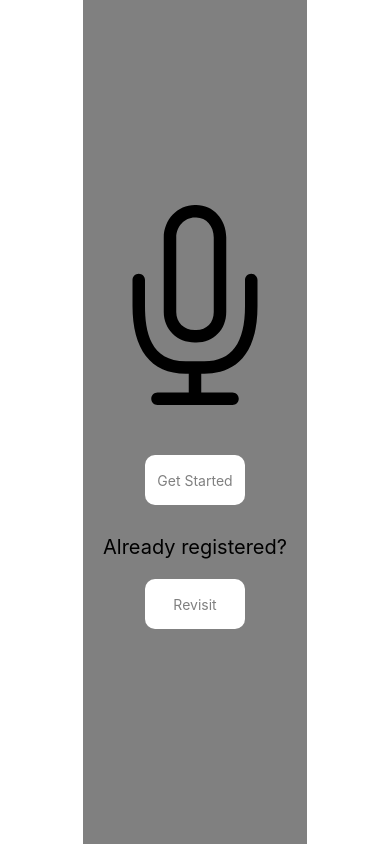
Repository: mortiestmorty1/recordings-app
Screen: / (app in frontend/)
An editor plug-in stored every save of this project. The screen is shown before and after the next save, followed by the edit.
The app was drawn by React Native's web renderer in a window 390 px wide. The project was rebuilt for these pictures with package versions that can differ from the ones it lists, and the page was loaded fresh each time. Also part of the build but not shown: frontend/components/registerUser.js.

Above is the screen before, as saved 2024-03-07 22:50:35.

### frontend/App.js
import { StatusBar } from 'expo-status-bar';
import { StyleSheet, View } from 'react-native';
import RegisterUser from './components/registerUser.js';
import React from 'react';
import FirstScreen from './components/firstscreen.js';

export default function App() {
  const handleRegistrationSuccess = (userData) => {
    console.log('User registered:', userData);
  };

  return (
    <View style={styles.container}>
      <FirstScreen />
      {/* <RegisterUser onSubmit={handleRegistrationSuccess} /> */}
      <StatusBar style="auto" />
    </View>
  );
}

const styles = StyleSheet.create({
  container: {
    flex: 1,
    backgroundColor: '#fff',
    alignItems: 'center',
    justifyContent: 'center',
  },
});

### frontend/components/firstscreen.js
import React from 'react';
import { View, Text, StyleSheet, TouchableOpacity } from 'react-native';
import { Svg, Path } from 'react-native-svg';

const FirstScreen = () => {
  return (
    <View style={styles.container}>
      <Svg style={styles.logo} fill="#000000" width="200" height="200" viewBox="0 0 1024 1024">
        <Path d="M510.88 704h7.6C607.44 704 672 638.4 672 548.032V166.624C672 73.184 604.56 0 518.466 0h-7.584C423.264 0 352 74.752 352 166.624v381.408C352 636.944 420.304 704 510.88 704zM416 166.624C416 110.032 458.56 64 510.88 64h7.6C569.504 64 608 108.128 608 166.624v381.408C608 603.024 572.032 640 518.464 640h-7.584c-55.872 0-94.88-37.808-94.88-91.968zM800 352c-17.68 0-32 14.336-32 32v133.072c0 190.4-67.968 282.929-207.744 282.929H465.12c-182.8 0-209.12-153.84-209.12-282.928V384.001c0-17.664-14.336-32-32-32s-32 14.336-32 32v133.072c0 220.496 91.888 346.928 273.12 346.928H480v96H320c-17.664 0-32 14.336-32 32s14.336 32 32 32h384c17.664 0 32-14.336 32-32s-14.336-32-32-32H544v-96h16.256C684.224 864.001 832 803.809 832 517.072V384c0-17.664-14.32-32-32-32z" />
      </Svg>
      <View style={styles.content}>
        <TouchableOpacity style={styles.btn1} onPress={() => console.log("Get Started pressed")}>
          <Text style={styles.btnText}>Get Started</Text>
        </TouchableOpacity>
        <Text style={styles.text}>Already registered?</Text>
        <TouchableOpacity style={styles.btn1} onPress={() => console.log("Revisit pressed")}>
          <Text style={styles.btnText}>Revisit</Text>
        </TouchableOpacity>
      </View>
    </View>
  );
};

const styles = StyleSheet.create({
  container: {
    flex: 1,
    justifyContent: 'center',
    alignItems: 'center',
    backgroundColor: 'grey',
  },
  logo: {
    width: 200,
    height: 200,
    marginBottom: 50, // Changed from bottom to marginBottom for better layout control
  },
  text: {
    fontSize: 20,
    margin: 20,
  },
  content: {
    justifyContent: 'center',
    alignItems: 'center',
    Top: 250, // Changed from top to marginTop for better layout control
  },
  btn1: {
    width: 100,
    height: 50,
    backgroundColor: 'white',
    borderRadius: 10,
    justifyContent: 'center',
    alignItems: 'center',
    marginBottom: 10, // Add space between buttons
  },
  btnText: {
    color: 'grey', // Style for the text inside TouchableOpacity
  },
});

export default FirstScreen;

After the next save:
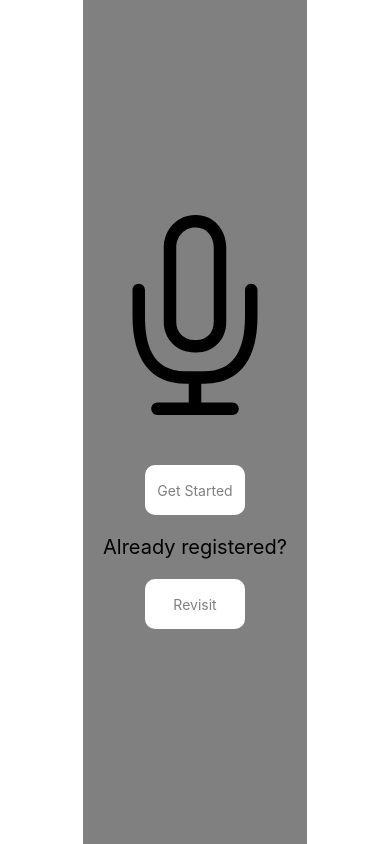
Saved 10 s later.
--- a/frontend/components/firstscreen.js
+++ b/frontend/components/firstscreen.js
@@ -49,7 +49,7 @@
     borderRadius: 10,
     justifyContent: 'center',
     alignItems: 'center',
-    marginBottom: 10, // Add space between buttons
+    Bottom: 10, // Add space between buttons
   },
   btnText: {
     color: 'grey', // Style for the text inside TouchableOpacity

After the save that followed:
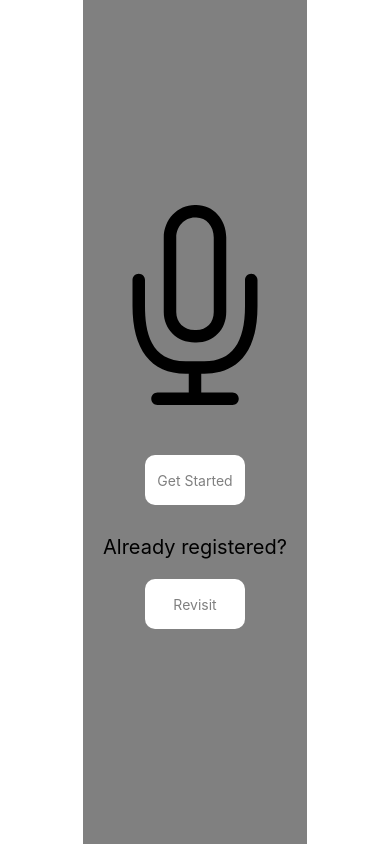
Saved 6 s later.
--- a/frontend/components/firstscreen.js
+++ b/frontend/components/firstscreen.js
@@ -49,7 +49,7 @@
     borderRadius: 10,
     justifyContent: 'center',
     alignItems: 'center',
-    Bottom: 10, // Add space between buttons
+    marginBottom: 10, // Add space between buttons
   },
   btnText: {
     color: 'grey', // Style for the text inside TouchableOpacity
